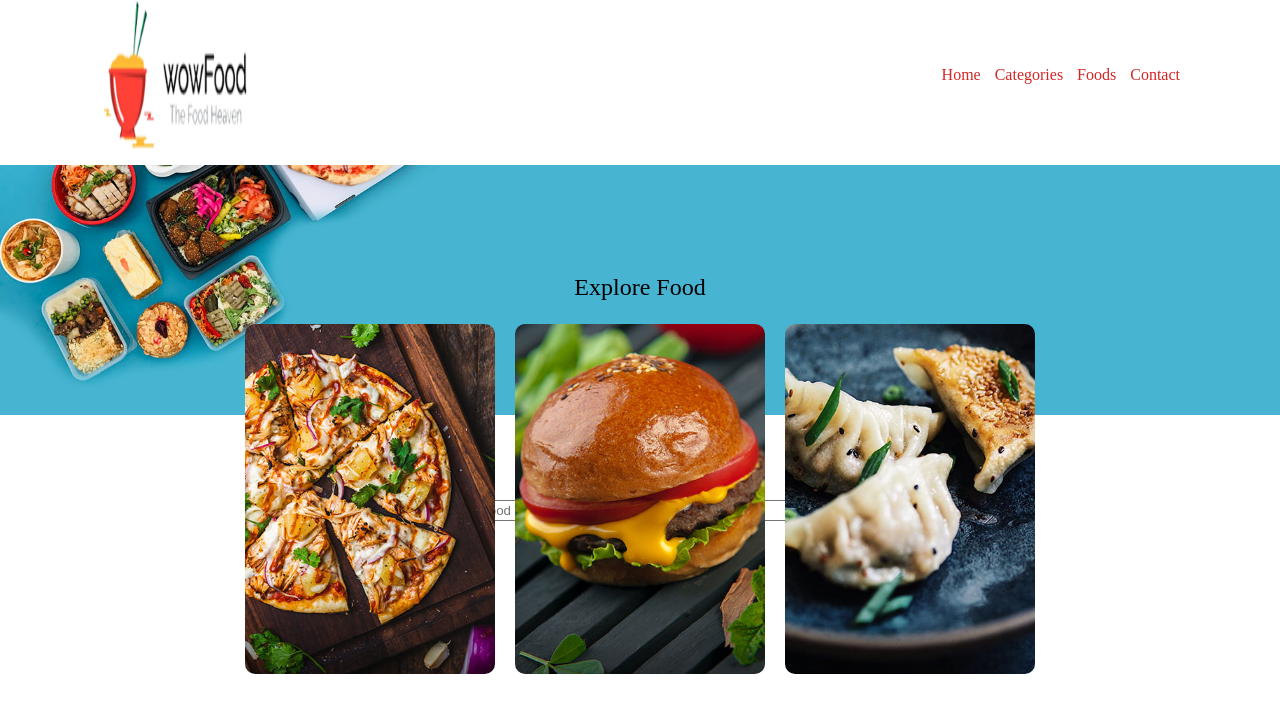
Repository: ruaruababa/WowFood
Page: index.html
The author's editor kept a copy of each file at every save. The page is drawn from the files as they stood at one save, then again after the next save.
The browser window is 1280 px wide. The pictures show the whole page.

Above is the page before, as saved 2021-09-17 22:59:20.

After the next save:
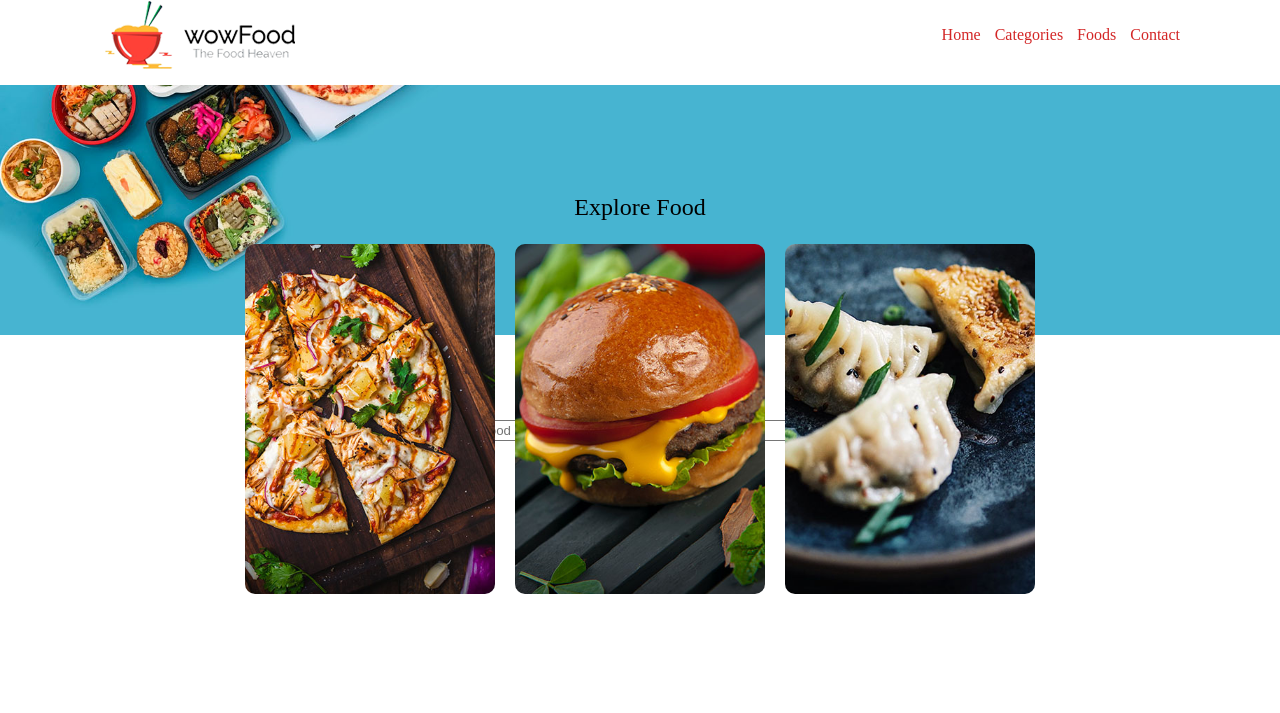
Saved 9 s later.
--- a/style.css
+++ b/style.css
@@ -8,8 +8,6 @@
     margin-left: 100px;
 }
 .header-left img {
-    width: 150px;
-    height: 150px;
 }
 .name-brand{
     margin-top: 50%;
